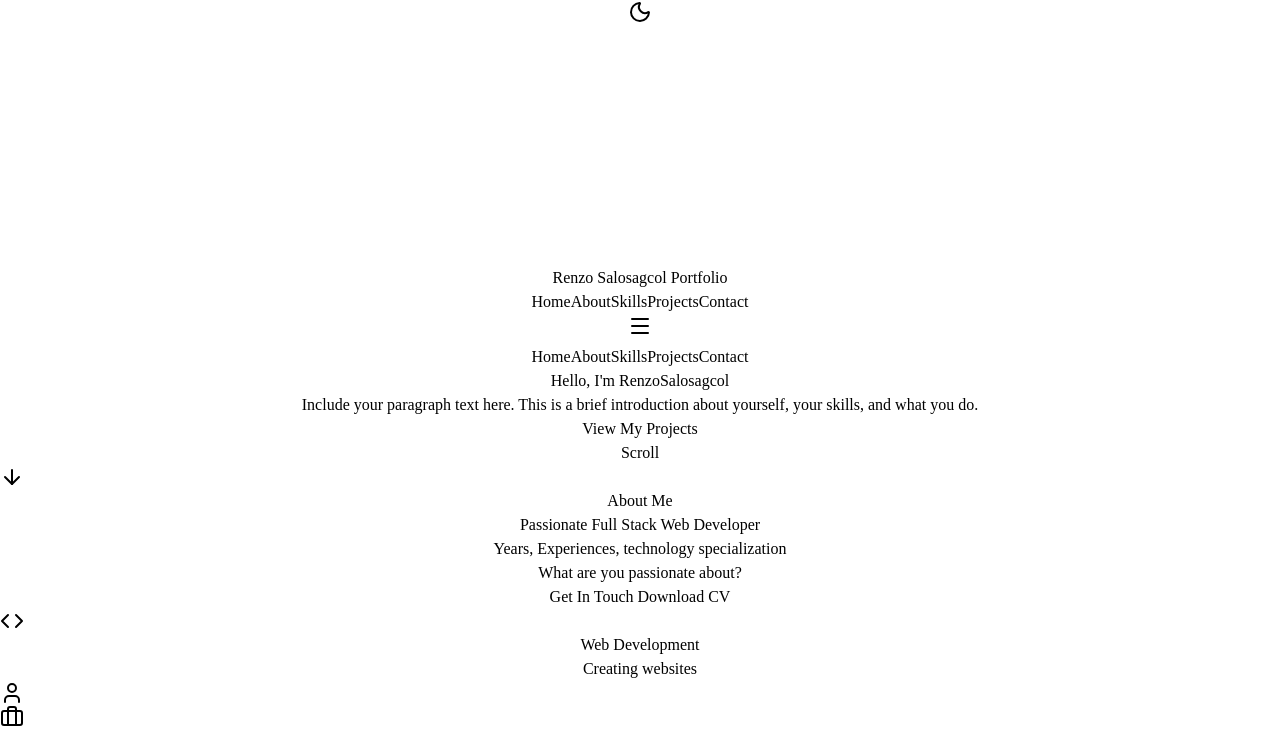
Repository: Renzo-Salosagcol/PERSONAL-PORTFOLIO
Page: /
The author's editor kept a copy of each file at every save. The page is drawn from the files as they stood at one save, then again after the next save.
The browser window is 1280 px wide. The pictures show the whole page.
The project was rebuilt for these pictures with package versions that can differ from the ones it lists, and the page was loaded fresh each time. Also part of the build but not shown: vite.config.js, src/pages/notFound.jsx.

Above is the page before, as saved 2025-10-03 22:56:11.

After the next save:
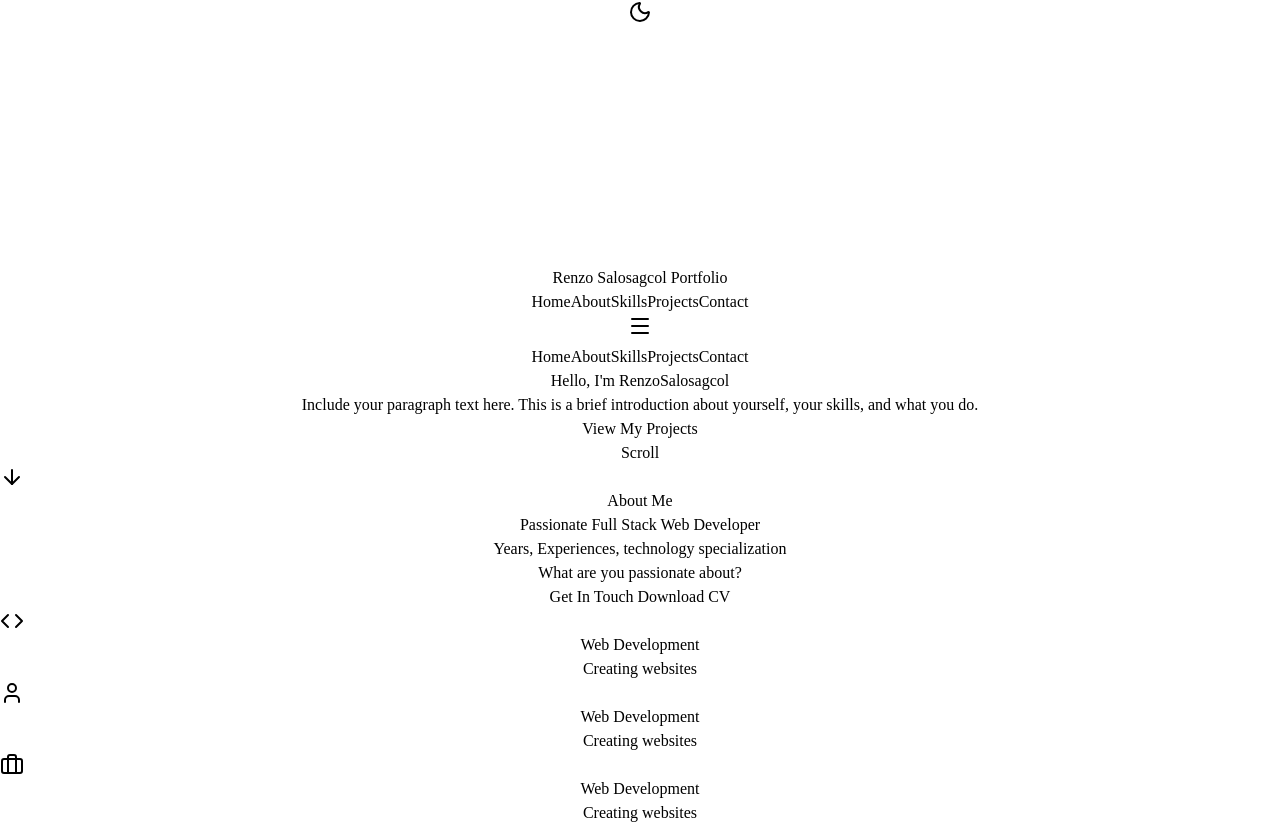
Saved 54 s later.
--- a/src/components/AboutSection.jsx
+++ b/src/components/AboutSection.jsx
@@ -35,12 +35,20 @@
                 <div className="p-3 rounded-full bg-primary/10">
                   <User className="h-6 w-6 text-primary"/>
                 </div>
+                <div>
+                  <h4 className="font-semibold text-lg"> Web Development </h4>
+                  <p className="text-muted-foreground"> Creating websites </p>
+                </div>
               </div>
             </div>
             <div className="gradient-border p-6 card-hover">
               <div className="flex items-start gap-4">
                 <div className="p-3 rounded-full bg-primary/10">
                   <Briefcase className="h-6 w-6 text-primary"/>
+                </div>
+                <div>
+                  <h4 className="font-semibold text-lg"> Web Development </h4>
+                  <p className="text-muted-foreground"> Creating websites </p>
                 </div>
               </div>
             </div>
